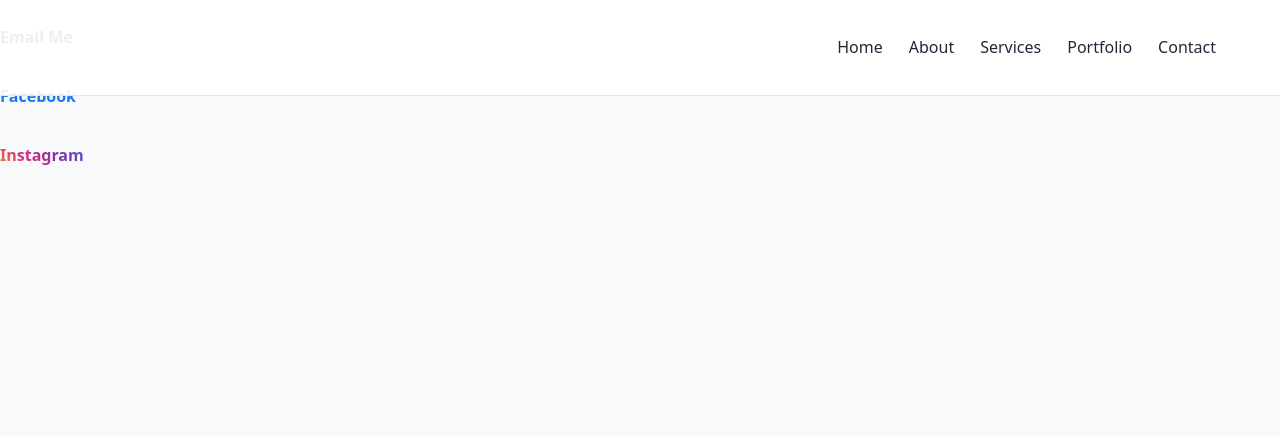
Repository: aljonvega18/Portfolio
Page: contact.html
The author's editor kept a copy of each file at every save. The page is drawn from the files as they stood at one save, then again after the next save.
The browser window is 1280 px wide. The pictures show the whole page.

Above is the page before, as saved 2026-02-02 16:55:38.

After the next save:
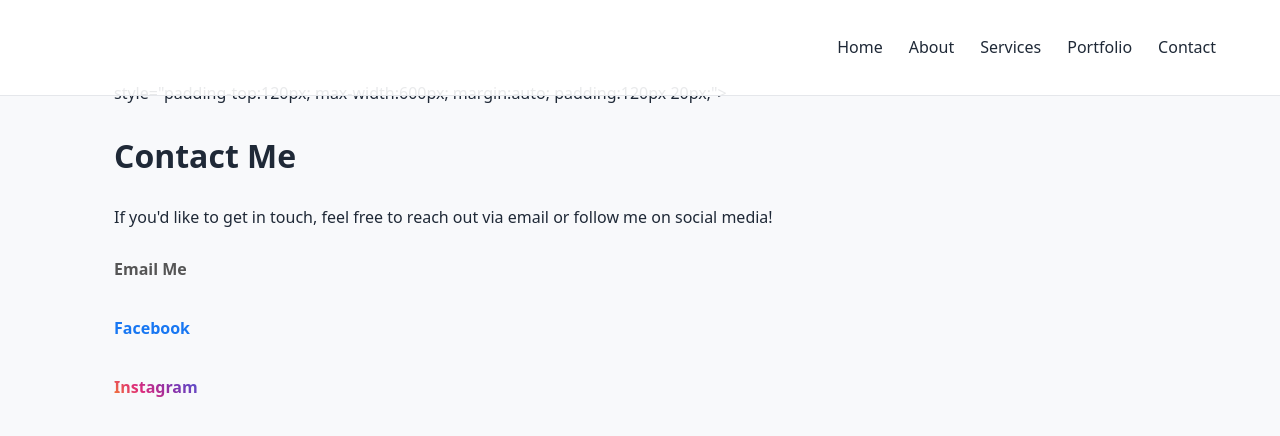
Saved 59 s later.
--- a/contact.html
+++ b/contact.html
@@ -20,11 +20,14 @@
         </nav>
     </div>
 </header>
-
+<main> style="padding-top:120px; max-width:600px; margin:auto; padding:120px 20px;">
+    <h1>Contact Me</h1>
+    <p>If you'd like to get in touch, feel free to reach out via email or follow me on social media!</p>
 <div class="contact-links">
     <p><a class="email" href="mailto:aljonvega@example.com">Email Me</a></p>
     <p><a class="facebook" href="#">Facebook</a></p>
     <p><a class="instagram" href="#">Instagram</a></p>
 </div>
+</main>
 </body>
 </html>
